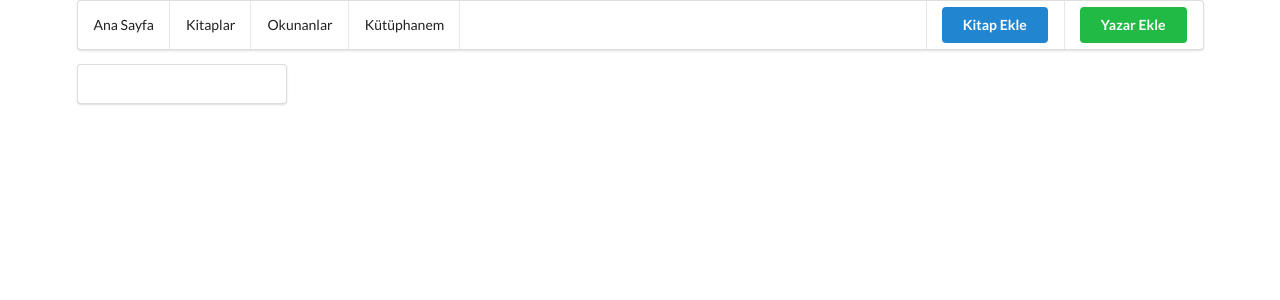
Repository: rizacantire/libraryReactApp
Page: /authors
The author's editor kept a copy of each file at every save. The page is drawn from the files as they stood at one save, then again after the next save.
The browser window is 1280 px wide. The pictures show the whole page.
The page's requests for data from a server got no answer. The project was rebuilt for these pictures with package versions that can differ from the ones it lists, and the page was loaded fresh each time. No one was signed in, and anything a server would have sent is missing.

Above is the page before, as saved 2021-08-17 22:08:14.

### src/index.js
import React from 'react';
import ReactDOM from 'react-dom';
import './index.css';
import App from './App';
import reportWebVitals from './reportWebVitals';
import { BrowserRouter } from 'react-router-dom';

ReactDOM.render(

    <BrowserRouter>
    <App /></BrowserRouter>
    ,

  document.getElementById('root')
);

// If you want to start measuring performance in your app, pass a function
// to log results (for example: reportWebVitals(console.log))
// or send to an analytics endpoint. Learn more: https://bit.ly/CRA-vitals
reportWebVitals();

### src/App.js
import './App.css';
import Navi from './layouts/Navi';
import Dashboard from './layouts/Dashboard';
import LeftSide from './layouts/LeftSide'
import 'semantic-ui-css/semantic.min.css'
import { Container, Grid } from 'semantic-ui-react';


function App() {
  return (
    <div className="App">
      <Container>
        <Navi/>
          <Grid>
            <Grid.Row>
              <Grid.Column mobile={16} tablet={16} computer={4}>
                <LeftSide/>
              </Grid.Column>
              <Grid.Column mobile={16} tablet={16} computer={12}>
                <Dashboard/>
              </Grid.Column>
            </Grid.Row>
          </Grid>
      </Container>
    </div>
  );
}

export default App;

### src/layouts/Navi.jsx
import { Button, Menu } from "semantic-ui-react";
import React from "react";

export default function Navi() {
  return (
    <Menu>
      <Menu.Item name="home">Ana Sayfa</Menu.Item>
      <Menu.Item name="kitaplar" />
      <Menu.Item name="okunanlar" />
      <Menu.Item name="kutuphanem">Kütüphanem</Menu.Item>

      <Menu.Menu position="right">
        <Menu.Item>
          <Button primary>Kitap Ekle</Button>
        </Menu.Item>
        <Menu.Item>
          <Button color="green">Yazar Ekle</Button>
        </Menu.Item>
      </Menu.Menu>
    </Menu>
  );
}

### src/layouts/Dashboard.jsx
import React from 'react'
import { Grid, GridColumn } from 'semantic-ui-react'


export default function Dashboard() {
    return (
        <div>
             <Grid>
                 <Grid.Row>
                     <GridColumn width={4}/>
                     <GridColumn width={4}/>
                     <GridColumn width={4}/>
                     <GridColumn width={4}/>
                 </Grid.Row>
             </Grid>
        </div>
    )
}

### src/layouts/LeftSide.jsx
import React from 'react'
import CategoryList from '../pages/CategoryList'

export default function LeftSide() {
    return (
        <div>
            <CategoryList/>
        </div>
    )
}

### src/pages/CategoryList.jsx
import React, { useEffect, useState } from 'react'
import { Link } from 'react-router-dom';
import { Menu } from 'semantic-ui-react';
import CategoryService from '../services/categoryService'



export default function CategoryList() {
    const [categories, setCategories] = useState([])
    useEffect(() => {
        let categoryService = new CategoryService();
        categoryService.getCategories().then(resut=>setCategories(resut.data.data));
    }, []);
    return (
        <div>

            <Menu vertical>
      {categories.map((category) => (
            <Menu.Item key={category.categoryId}>
              <Link to={`/bookCategory/${category.categoryId}`}>{category.categoryName}</Link>
            </Menu.Item>
          ))}
      </Menu>
        </div>
    )
}

### src/services/categoryService.js
import axios from "axios";

export default class CategoryService{
    getCategories(){
        return axios.get("http://localhost:8080/api/categories/getall")
    }
}

Loaded but not shown: public/index.html (common file); src/index.css (common file); src/reportWebVitals.js (common file); src/App.css (common file)

After the next save:
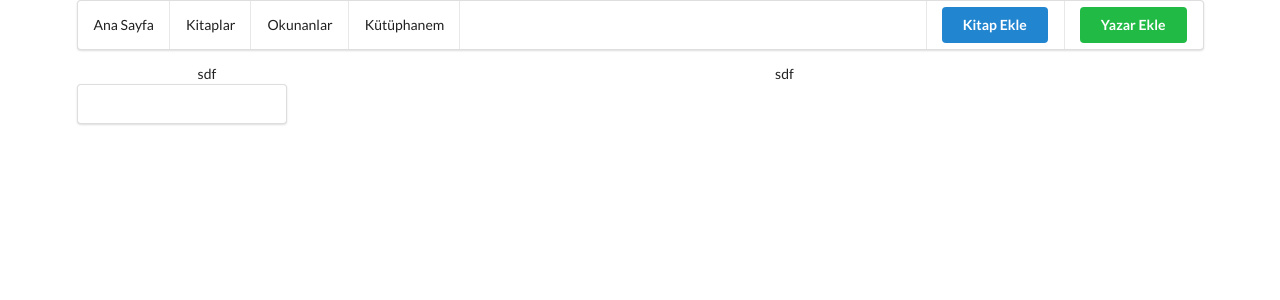
Saved 11 s later.
--- a/src/App.js
+++ b/src/App.js
@@ -13,10 +13,10 @@
         <Navi/>
           <Grid>
             <Grid.Row>
-              <Grid.Column mobile={16} tablet={16} computer={4}>
+              <Grid.Column mobile={16} tablet={16} computer={4}>sdf
                 <LeftSide/>
               </Grid.Column>
-              <Grid.Column mobile={16} tablet={16} computer={12}>
+              <Grid.Column mobile={16} tablet={16} computer={12}>sdf
                 <Dashboard/>
               </Grid.Column>
             </Grid.Row>

After the save that followed:
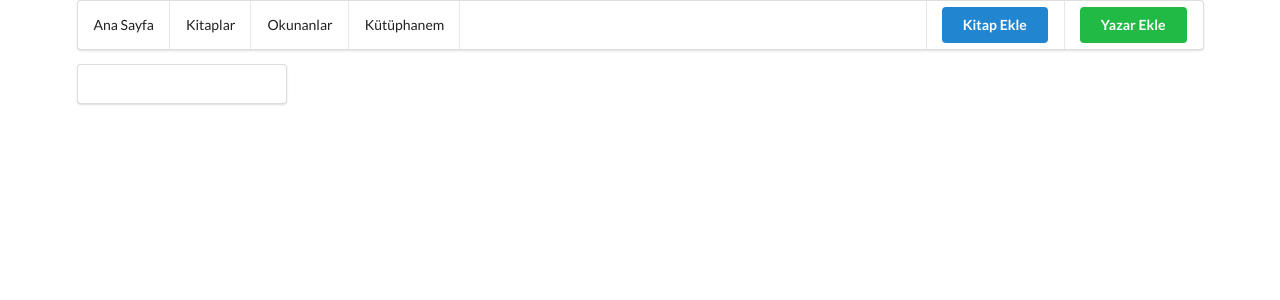
Saved 21 s later.
--- a/src/App.js
+++ b/src/App.js
@@ -13,10 +13,10 @@
         <Navi/>
           <Grid>
             <Grid.Row>
-              <Grid.Column mobile={16} tablet={16} computer={4}>sdf
+              <Grid.Column mobile={16} tablet={16} computer={4}>
                 <LeftSide/>
               </Grid.Column>
-              <Grid.Column mobile={16} tablet={16} computer={12}>sdf
+              <Grid.Column mobile={16} tablet={16} computer={12}>
                 <Dashboard/>
               </Grid.Column>
             </Grid.Row>
